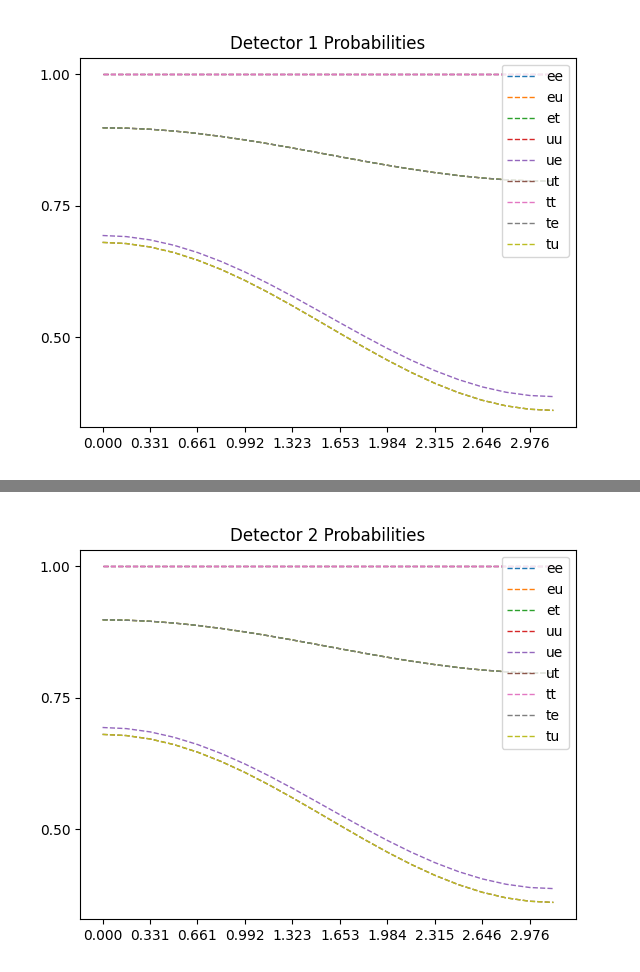
Repository: MichaelCullen2011/QuantumAndNeutrinos
Script's output: python neutrinos.py
These files come from the project's save history. The script's output is drawn as it stood at one moment and after a run of saves; the edit follows.
Each picture stacks the figures in order, with grey between them; figures that are only written to a file come last. Random numbers start from a fixed seed.

Above is the script's output before, as saved 2021-06-02 16:53:46.

### neutrinos.py
import numpy as np
import matplotlib.pyplot as plt


'''
To Do           - tau interactions
                - clean up constant variables into dicts or lists
'''


'''
Variables and Constants
'''
# # Constants
# Mass difference squared between two flavour states
delta_m_sq = {'eu': 7.53e-5, 'tu': 2.44e-3, 'te': 2.44e-3, 'ue': 7.53e-5, 'ut': 2.44e-3, 'et': 2.44e-3}
# Angle between flavour states
sin_q_theta = {'eu': 0.846, 'tu': 0.92, 'te': 0.093, 'ue': 0.846, 'ut': 0.92, 'et': 0.093}

G_f = 1.1663787e-5         # GeV-2
sin_sq_theta_w = 0.22290        # Weinberg angle
m_e = 0.511 * 1e-3     # GeV c-2
m_u = 105 * 1e-3       # GeV c-2
sigma_naught = 1.72e-45         # m**2 / GeV



'''
Oscillation Probabilities   -   p_oscill = (np.sin(2 * theta))**2 * (np.sin((delta_m_sq * L) / (4 * E)))**2
'''
class Oscillations:
    def __init__(self, distance=1e6, energy=10):
        self.prob_list = {
            'eu': [], 'et': [],
            'ue': [], 'ut': [],
            'te': [], 'tu': [],
            'ee': [], 'uu': [],     # do these last as theyre calculated based on the previously calculated
            'tt': [],
        }

        self.prob_reduced = {
            'e': [],
            'u': [],
            't': []
        }

        self.prob_neut = []

        self.max_points = 1000      # Number of points
        self.E = energy
        self.L = distance    # Km
        self.x_range = np.linspace(0, self.L / self.E, self.max_points)
        theta_range = np.linspace(0, 2 * np.pi, self.max_points)


    def calculate(self):
        for x in self.x_range:
            # print(f"Calculated Probability of {self.max_points}")
            for change in self.prob_list.keys():
                if change not in ['ee', 'uu', 'tt']:
                    self.prob_list[change].append(Oscillations.prob(self, flavours=change, x=x))
            self.prob_list['ee'].append(1 - (self.prob_list['eu'][-1] * self.prob_list['et'][-1]))
            self.prob_list['uu'].append(1 - (self.prob_list['ue'][-1] * self.prob_list['ut'][-1]))
            self.prob_list['tt'].append(1 - (self.prob_list['te'][-1] * self.prob_list['tu'][-1]))

        self.prob_reduced['e'] = [self.prob_list['ee'], self.prob_list['eu'], self.prob_list['et']]
        self.prob_reduced['u'] = [self.prob_list['uu'], self.prob_list['ue'], self.prob_list['ut']]
        self.prob_reduced['t'] = [self.prob_list['tt'], self.prob_list['te'], self.prob_list['tu']]

        # plotting
        Oscillations.plot(self)
        plt.show()


    def plot(self):
        fig, axs = plt.subplots(3)
        fig.suptitle('Neutrino Oscillations')
        n = 0
        for initial in self.prob_reduced.values():
            if n == 0:
                for p in initial:
                    axs[n].plot(self.x_range, p)
                    axs[n].legend(['e to e', 'e to mu', 'e to tau'], loc=1)
            if n == 1:
                for p in initial:
                    axs[n].plot(self.x_range, p)
                    axs[n].legend(['mu to mu', 'mu to e', 'mu to tau'], loc=1)
            if n == 2:
                for p in initial:
                    axs[n].plot(self.x_range, p)
                    axs[n].legend(['tau to tau', 'tau to e', 'tau to mu'], loc=1)
            n += 1


    def prob(self, flavours, x):
        if flavours == 'eu':
            prob = sin_sq_theta_e_mu * np.square(np.sin(1.27 * delta_m_e_mu_sq * x / 4))
        elif flavours == 'et':
            prob = sin_sq_theta_e_tau * np.square(np.sin(1.27 * delta_m_e_tau_sq * x / 4))
        elif flavours == 'ue':
            prob = sin_sq_theta_e_mu * np.square(np.sin(1.27 * delta_m_mu_e_sq * x / 4))
        elif flavours == 'ut':
            prob = sin_sq_theta_mu_tau * np.square(np.sin(1.27 * delta_m_mu_tau_sq * x / 4))
        elif flavours == 'te':
            prob = sin_sq_theta_tau_e * np.square(np.sin(1.27 * delta_m_tau_e_sq * x / 4))
        elif flavours == 'tu':
            prob = sin_sq_theta_tau_mu * np.square(np.sin(1.27 * delta_m_tau_mu_sq * x / 4))
        return prob



'''
Cross Sections
'''
class CrossSections:
    def __init__(self, energy, lepton):
        E_v = energy
        sigma_naught = 1.72e-45

        s_e = sigma_naught * np.pi / G_f**2
        s_u = s_e * (m_u / m_e)

        sigma_naught_e = (2 * m_e * G_f**2 * E_v) / np.pi
        sigma_naught_u = (2 * m_u * G_f**2 * E_v) / np.pi

        if lepton == 'e':
            sigma_naught = sigma_naught_e
            self.cs_without_ms = {'e_e': [], 'E_E': [], 'E_U': [], 'u_e': [], 'u_u': [], 'U_U': []}
            self.cs_with_ms = {'e_e': [], 'E_E': [], 'E_U': [], 'u_e': [], 'u_u': [], 'U_U': []}

        elif lepton == 'u':
            sigma_naught = sigma_naught_u
            self.cs_without_ms = {'e_e': [], 'E_E': [], 'U_E': [], 'e_u': [], 'u_u': [], 'U_U': []}
            self.cs_with_ms = {'e_e': [], 'E_E': [], 'U_E': [], 'e_u': [], 'u_u': [], 'U_U': []}

        for flavour in self.cs_without_ms.keys():
            cs = CrossSections.neutrino_and_electron(self, flavour=flavour) * energy * sigma_naught
            self.cs_without_ms[flavour].append(cs)
            self.cs_with_ms[flavour].append(
                cs * energy * sigma_naught *
                CrossSections.mass_suppression(
                    self, flavour, energy=energy, reaction_lepton=lepton
                )
            )

    def neutrino_and_electron(self, flavour):
        if flavour == 'e_e':
            cs = 0.25 + sin_sq_theta_w + (4 / 3) * np.square(sin_sq_theta_w)
        elif flavour == 'E_E':
            cs = (1 / 12) + 1 / 3 * (sin_sq_theta_w + 4 / 3 * np.square(sin_sq_theta_w))
        elif flavour == 'E_U' or flavour == 'U_E':
            cs = 1 / 3
        elif flavour == 'u_e' or flavour == 'e_u':
            cs = 1
        elif flavour == 'u_u':
            cs = 1 / 4 - sin_sq_theta_w + 4 / 3 * np.square(sin_sq_theta_w)
        elif flavour == 'U_U':
            cs = 1 / 12 - 1 / 3 * sin_sq_theta_w + 4 / 3 * np.square(sin_sq_theta_w)
        return cs

    def mass_suppression(self, flavour, energy, reaction_lepton='e'):
        m_E = m_e
        m_U = m_u
        if reaction_lepton == 'e':
            m_in = m_e
        elif reaction_lepton == 'u':
            m_in = m_u

        if flavour == 'e_e':
            zeta = 1 - ((m_e ** 2) / (m_in ** 2 + 2 * m_in * energy))
        elif flavour == 'E_E':
            zeta = 1 - ((m_e ** 2) / (m_in ** 2 + 2 * m_in * energy))
        elif flavour == 'E_U':
            zeta = 1 - ((m_u ** 2) / (m_in ** 2 + 2 * m_in * energy))
        elif flavour == 'u_e':
            zeta = 1 - ((m_u ** 2) / (m_in ** 2 + 2 * m_in * energy))
        elif flavour == 'u_u':
            zeta = 1 - ((m_e ** 2) / (m_in ** 2 + 2 * m_in * energy))
        elif flavour == 'U_U':
            zeta = 1 - ((m_e ** 2) / (m_in ** 2 + 2 * m_in * energy))
        # neutrino-muon specific reactions
        elif flavour == 'U_E':
            zeta = 1 - ((m_e ** 2) / (m_in ** 2 + 2 * m_in * energy))
        elif flavour == 'e_u':
            zeta = 1 - ((m_e ** 2) / (m_in ** 2 + 2 * m_in * energy))
        return zeta



'''
Wave Functions (for plotting)
'''
class WaveFunctions:
    def __init__(self, accuracy):
        self.accuracy = accuracy
        self.phi_range = np.linspace(0, np.pi, accuracy)
        self.theta = np.linspace(0, 2 * np.pi, 20)
        self.flavour_list = ['ee', 'eu', 'et', 'uu', 'ue', 'ut', 'tt', 'te', 'tu']
        self.prob_at_detector, self.detector_1, self.detector_2 = {flavour: [] for flavour in self.flavour_list}, {flavour: [] for flavour in self.flavour_list}, {flavour: [] for flavour in self.flavour_list}


    def calculate(self):
        for flavour_change in self.flavour_list:
            for phi_value in self.phi_range:
                self.prob_at_detector[flavour_change].append(WaveFunctions.prob(self, flavour=flavour_change, phi=phi_value))
            for tuple in self.prob_at_detector[flavour_change]:
                self.detector_1[flavour_change].append(tuple[0])
                self.detector_2[flavour_change].append(tuple[0])

        WaveFunctions.plot(self)
        plt.show()

    def plot(self):
        fig1 = plt.figure()
        fig2 = plt.figure()
        ax1 = fig1.add_subplot(111)
        ax2 = fig2.add_subplot(111)
        ax1.title.set_text('Detector 1 Probabilities')
        ax2.title.set_text('Detector 2 Probabilities')

        ax1.set_xticks(ticks=np.linspace(start=0, stop=2 * np.pi, num=int(self.accuracy)))
        ax1.set_yticks(ticks=np.linspace(0, 1, num=5))
        ax2.set_xticks(ticks=np.linspace(start=0, stop=2 * np.pi, num=int(self.accuracy)))
        ax2.set_yticks(ticks=np.linspace(0, 1, num=5))


        for prob_list in self.detector_1.values():
            #print(prob_list)
            ax1.plot(self.phi_range, prob_list, '--', linewidth=1)

        for prob_list in self.detector_2.values():
            #print(prob_list)
            ax2.plot(self.phi_range, prob_list, '--', linewidth=1)

        ax1.legend(self.flavour_list, loc=1)
        ax2.legend(self.flavour_list, loc=1)


    def prob(self, flavour, phi):
        order_tau_d_same = 1
        order_tau_d_change = 1 / 3
        if flavour == 'ee':
            prob_f1 = 1
            prob_f2 = 0
        elif flavour == 'eu':
            prob_f1 = 1 - (np.sqrt(sin_q_theta['et']) / 2) * (1 - order_tau_d_change * np.cos(phi))
            prob_f2 = (np.sqrt(sin_q_theta['et']) / 2) * (1 - order_tau_d_change * np.cos(phi))
        elif flavour == 'et':
            prob_f1 = 1 - (np.sqrt(sin_q_theta['et']) / 2) * (1 - order_tau_d_change * np.cos(phi))
            prob_f2 = (np.sqrt(sin_q_theta['et']) / 2) * (1 - order_tau_d_change * np.cos(phi))
        if flavour == 'uu':
            prob_f1 = 1
            prob_f2 = 0
        elif flavour == 'ue':
            prob_f1 = 1 - (np.sqrt(sin_q_theta['eu']) / 2) * (1 - order_tau_d_change * np.cos(phi))
            prob_f2 = (np.sqrt(sin_q_theta['eu']) / 2) * (1 - order_tau_d_change * np.cos(phi))
        elif flavour == 'ut':
            prob_f1 = 1 - (np.sqrt(sin_q_theta['ut']) / 2) * (1 - order_tau_d_change * np.cos(phi))
            prob_f2 = (np.sqrt(sin_q_theta['ut']) / 2) * (1 - order_tau_d_change * np.cos(phi))
        if flavour == 'tt':
            prob_f1 = 1
            prob_f2 = 0
        elif flavour == 'te':
            prob_f1 = 1 - (np.sqrt(sin_q_theta['te']) / 2) * (1 - order_tau_d_change * np.cos(phi))
            prob_f2 = (np.sqrt(sin_q_theta['te']) / 2) * (1 - order_tau_d_change * np.cos(phi))
        elif flavour == 'tu':
            prob_f1 = 1 - (np.sqrt(sin_q_theta['tu']) / 2) * (1 - order_tau_d_change * np.cos(phi))
            prob_f2 = (np.sqrt(sin_q_theta['tu']) / 2) * (1 - order_tau_d_change * np.cos(phi))
        return prob_f1, prob_f2



'''
Gates
'''
class Gates:
    def __init__(self, energy_list):
        self.energy_list = energy_list
        self.gate_energy_reactions = None
        self.leptons = {'e': [], 'u': []}       # currently only considering e and mu (no tau)
        self.all_values = {}

    def calculate(self):
        for energy in self.energy_list:
            for lepton in self.leptons.keys():
                # print(f'\n Cross Sections for Reactions with {lepton} at {energy} GeV:')
                self.leptons[lepton] = CrossSections(energy=energy, lepton=lepton)    # Energy in GeV

            gate_reactions = Gates.gate_cs(Gates.combine_cs(self))
            if self.gate_energy_reactions is None:      # checking if first time running this script
                self.gate_energy_reactions = gate_reactions
            else:
                for flavour, value in gate_reactions.items():
                    self.gate_energy_reactions[flavour].append(value[0])
            self.all_values[energy] = [values for values in gate_reactions.values()]
            print(f"Average Prob for {energy} GeV: ", np.average(self.all_values[energy]))
            if energy == self.energy_list[-1]:
                print(f"Neutrino-Lepton Gate Probabilities for {energy}GeV: \n {gate_reactions}")

        # plot
        Gates.plot_energies(self)
        plt.show()


    def combine_cs(self):
        all_cs = {'e_e': [], 'e_u': [], 'u_u': [], 'u_e': [], 'E_E': [], 'E_U': [], 'U_U': [], 'U_E': []}
        e_class = self.leptons['e']
        u_class = self.leptons['u']
        for all_reaction in all_cs.keys():
            for e_reaction, e_value in e_class.cs_without_ms.items():
                if e_reaction == all_reaction:
                    all_cs[all_reaction].append(e_value[0])
            for u_reaction, u_value in u_class.cs_without_ms.items():
                if u_reaction == all_reaction:
                    all_cs[all_reaction].append(u_value[0])

        for all_reaction, all_values in all_cs.items():
            if len(all_values) > 1:
                all_cs[all_reaction] = [(all_values[0] + all_values[1]) / 2]
        return all_cs


    @staticmethod
    def gate_cs(all_cs):
        # creates our final dict with the probabilities for all gate interactions
        single_reactions = ['e_e', 'e_u', 'u_u', 'u_e']
        single_reactions_anti = ['E_E', 'E_U', 'U_U', 'U_E']
        whole_reaction = []
        for first_reaction in single_reactions:
            for second_reaction in single_reactions:
                whole_reaction.append(first_reaction[0] + second_reaction[0] + '_' + first_reaction[2] + second_reaction[2])
        for first_reaction in single_reactions_anti:
            for second_reaction in single_reactions_anti:
                whole_reaction.append(first_reaction[0] + second_reaction[0] + '_' + first_reaction[2] + second_reaction[2])
        gate_reactions = {whole_keys: [] for whole_keys in whole_reaction}


        # reaction 1 is reaction_combined[0] + '_' + reaction_combined[3]
        # reaction 2 in reaction_combined[1] + '_' + reaction_combined[4]
        for reaction_combined in gate_reactions.keys():
            first_reaction = reaction_combined[0] + '_' + reaction_combined[3]
            second_reaction = reaction_combined[1] + '_' + reaction_combined[4]
            gate_reactions[reaction_combined] = [all_cs[first_reaction][0] * all_cs[second_reaction][0]]

        # for key, value in gate_reactions.items():
        #     print(f"{key}: {value}")
        return gate_reactions


    def plot_energies(self):
        for flavour, values in self.gate_energy_reactions.items():
            self.gate_energy_reactions[flavour] = [values, list(self.energy_list)]

        for flavour, values in self.gate_energy_reactions.items():
            plt.plot(values[1], values[0], '-')
        plt.title(f"Neutrino-Lepton Gate Cross-Sections for Energies: {int(min(self.energy_list))}GeV - {int(max(self.energy_list))}GeV")
        plt.legend(self.gate_energy_reactions.keys())



'''
Running
'''
# Oscillations(distance=1e6, energy=10).calculate()    # Prints oscillation probabilities for flavours given the distance it travels

WaveFunctions(accuracy=20).calculate()      # Currently Broken!!! Doesnt plot correctly # Accuracy is the number of points within the range

# Gates(energy_list=np.linspace(1, 100, 10)).calculate()         # calculates and plots gate probabilities at various energies for different interactions

plt.show()

After the next 3 saves:
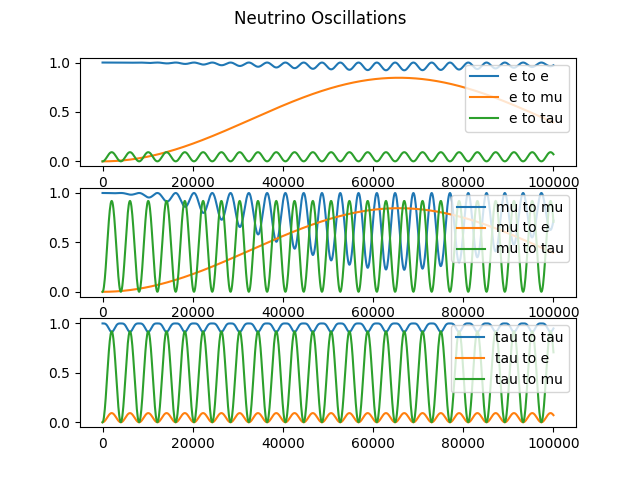
Error: NameError: name 'sin_q_theta' is not defined
The 3 saves are shown as one change because 2 did not build or start.
The last was saved 2 min 31 s later.
--- a/neutrinos.py
+++ b/neutrinos.py
@@ -15,7 +15,7 @@ Variables and Constants
 # Mass difference squared between two flavour states
 delta_m_sq = {'eu': 7.53e-5, 'tu': 2.44e-3, 'te': 2.44e-3, 'ue': 7.53e-5, 'ut': 2.44e-3, 'et': 2.44e-3}
 # Angle between flavour states
-sin_q_theta = {'eu': 0.846, 'tu': 0.92, 'te': 0.093, 'ue': 0.846, 'ut': 0.92, 'et': 0.093}
+sin_sq_theta = {'eu': 0.846, 'tu': 0.92, 'te': 0.093, 'ue': 0.846, 'ut': 0.92, 'et': 0.093}
 
 G_f = 1.1663787e-5         # GeV-2
 sin_sq_theta_w = 0.22290        # Weinberg angle
@@ -93,18 +93,17 @@ class Oscillations:
 
 
     def prob(self, flavours, x):
-        if flavours == 'eu':
-            prob = sin_sq_theta_e_mu * np.square(np.sin(1.27 * delta_m_e_mu_sq * x / 4))
-        elif flavours == 'et':
-            prob = sin_sq_theta_e_tau * np.square(np.sin(1.27 * delta_m_e_tau_sq * x / 4))
-        elif flavours == 'ue':
-            prob = sin_sq_theta_e_mu * np.square(np.sin(1.27 * delta_m_mu_e_sq * x / 4))
-        elif flavours == 'ut':
-            prob = sin_sq_theta_mu_tau * np.square(np.sin(1.27 * delta_m_mu_tau_sq * x / 4))
-        elif flavours == 'te':
-            prob = sin_sq_theta_tau_e * np.square(np.sin(1.27 * delta_m_tau_e_sq * x / 4))
-        elif flavours == 'tu':
-            prob = sin_sq_theta_tau_mu * np.square(np.sin(1.27 * delta_m_tau_mu_sq * x / 4))
+        prob = sin_sq_theta[flavours] * np.square(np.sin(1.27 * delta_m_sq[flavours] * x / 4))
+        # elif flavours == 'et':
+        #     prob = sin_sq_theta_e_tau * np.square(np.sin(1.27 * delta_m_e_tau_sq * x / 4))
+        # elif flavours == 'ue':
+        #     prob = sin_sq_theta_e_mu * np.square(np.sin(1.27 * delta_m_mu_e_sq * x / 4))
+        # elif flavours == 'ut':
+        #     prob = sin_sq_theta_mu_tau * np.square(np.sin(1.27 * delta_m_mu_tau_sq * x / 4))
+        # elif flavours == 'te':
+        #     prob = sin_sq_theta_tau_e * np.square(np.sin(1.27 * delta_m_tau_e_sq * x / 4))
+        # elif flavours == 'tu':
+        #     prob = sin_sq_theta_tau_mu * np.square(np.sin(1.27 * delta_m_tau_mu_sq * x / 4))
         return prob
 
 
@@ -361,10 +360,10 @@ class Gates:
 '''
 Running
 '''
-# Oscillations(distance=1e6, energy=10).calculate()    # Prints oscillation probabilities for flavours given the distance it travels
+Oscillations(distance=1e6, energy=10).calculate()    # Prints oscillation probabilities for flavours given the distance it travels
 
 WaveFunctions(accuracy=20).calculate()      # Currently Broken!!! Doesnt plot correctly # Accuracy is the number of points within the range
 
-# Gates(energy_list=np.linspace(1, 100, 10)).calculate()         # calculates and plots gate probabilities at various energies for different interactions
+Gates(energy_list=np.linspace(1, 100, 10)).calculate()         # calculates and plots gate probabilities at various energies for different interactions
 
 plt.show()
